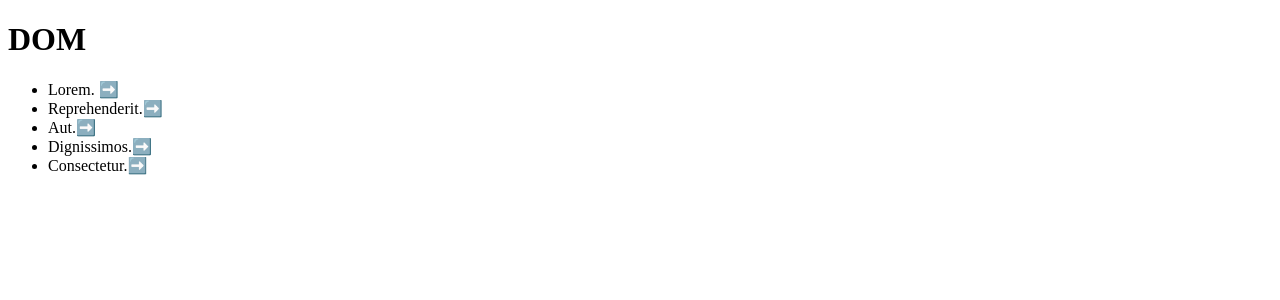
Repository: GorkemTurhan89/jsTutorial
Page: day17/71-dom3.html
These files come from the project's save history. The page is drawn as it stood at one moment and after the next save; the edit follows.
The browser window is 1280 px wide. The pictures show the whole page.

Above is the page before, as saved 2024-06-22 14:19:56.

After the next save:
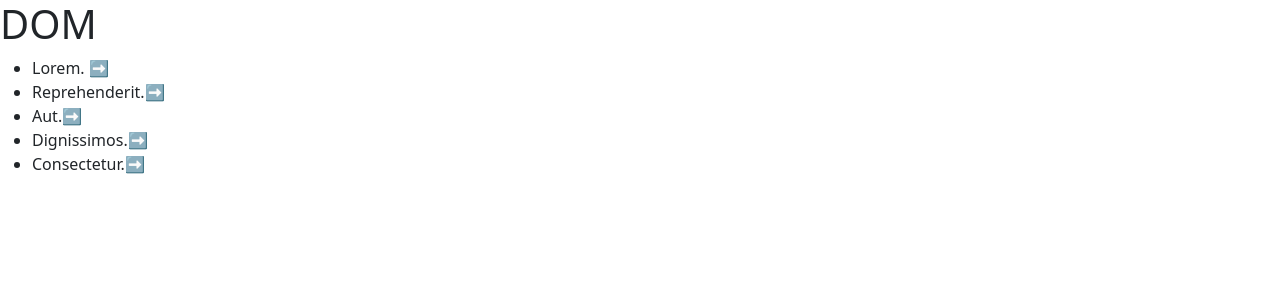
Saved 8 h 41 min later.
--- a/day17/71-dom3.html
+++ b/day17/71-dom3.html
@@ -4,6 +4,7 @@
     <meta charset="UTF-8">
     <meta name="viewport" content="width=device-width, initial-scale=1.0">
     <title>DOM</title>
+    <link href="https://cdn.jsdelivr.net/npm/bootstrap@5.3.3/dist/css/bootstrap.min.css" rel="stylesheet" integrity="sha384-QWTKZyjpPEjISv5WaRU9OFeRpok6YctnYmDr5pNlyT2bRjXh0JMhjY6hW+ALEwIH" crossorigin="anonymous">
 </head>
 <body>
 
